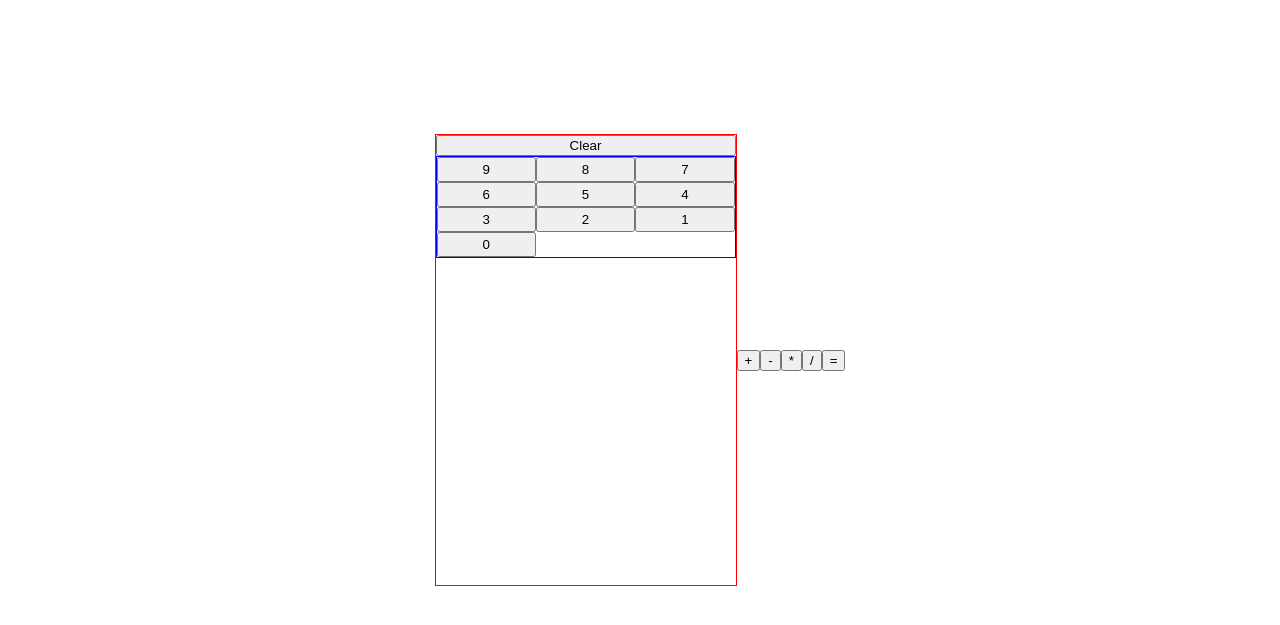
Repository: kocokoy/Calculator
Page: index.html
An editor plug-in stored every save of this project. The page is shown before and after the next save, followed by the edit.
The browser window is 1280 px wide. The pictures show the whole page.

Above is the page before, as saved 2024-10-22 13:30:02.

After the next save:
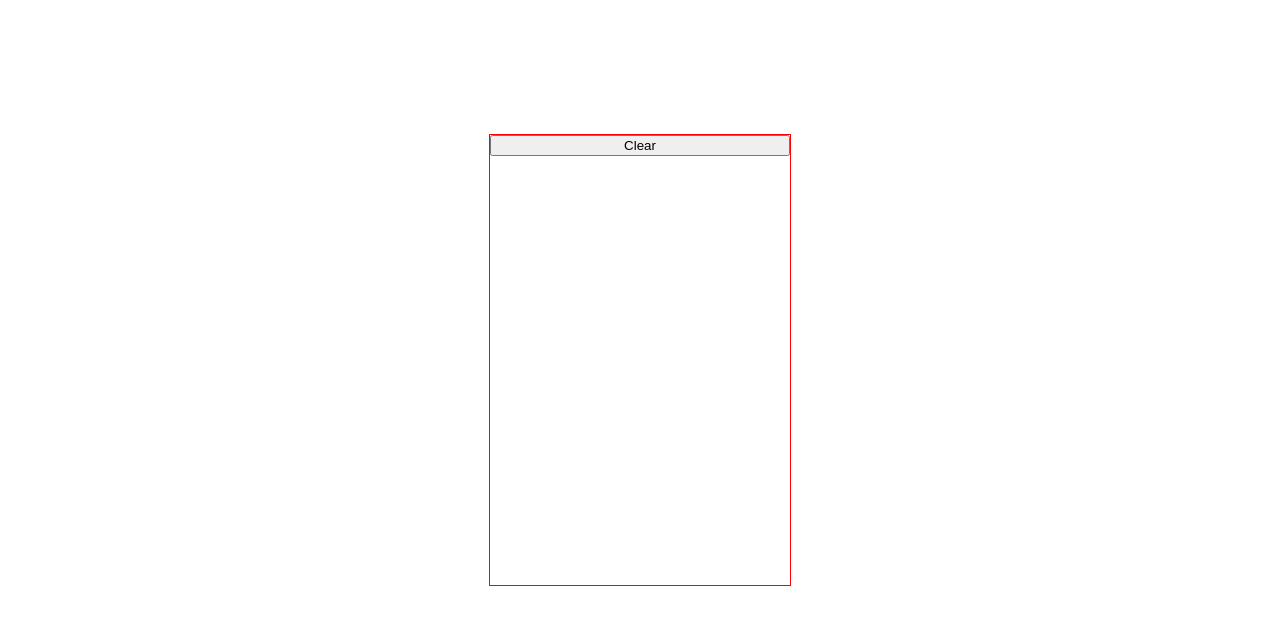
Console error: TypeError: Cannot read properties of null (reading 'appendChild')
Saved 15 s later.
--- a/index.html
+++ b/index.html
@@ -13,7 +13,7 @@
       <div class="clear-button-container">
         <button class="clear-button">Clear</button>
       </div>
-      <div class="test2">
+      <div class="number-container">
 
       </div>
     </div>

After the save that followed:
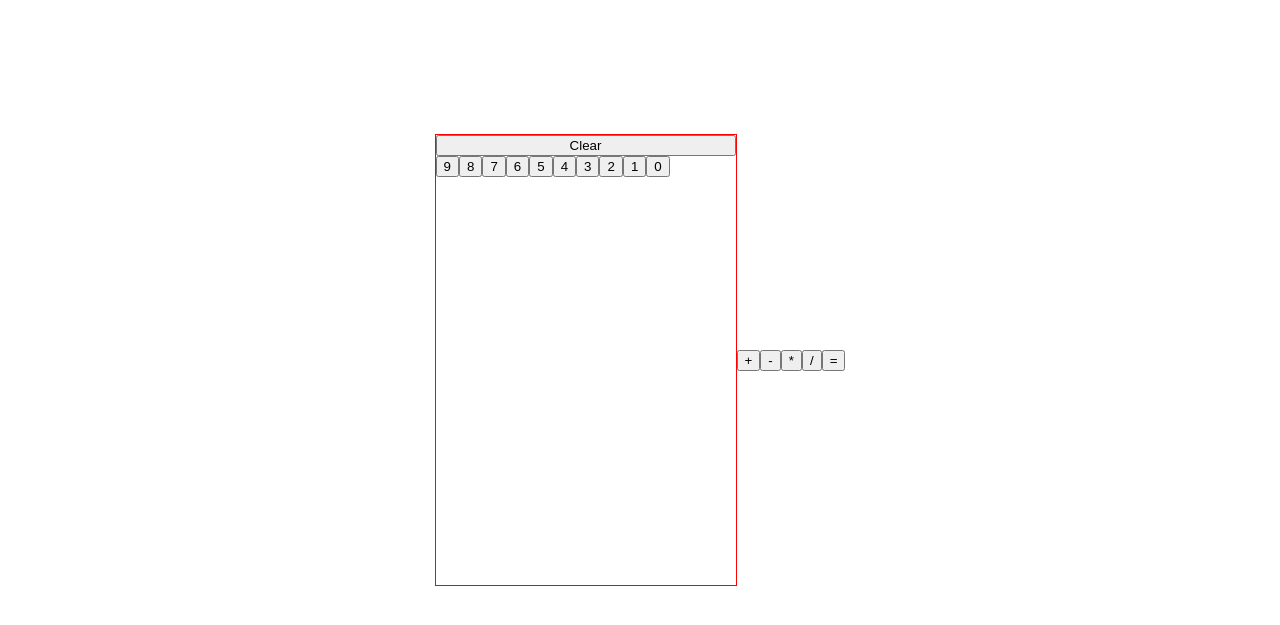
The error is gone.
Saved 19 s later.
--- a/script.js
+++ b/script.js
@@ -1,6 +1,6 @@
 const calculatorButton = [1,2,3,4,5,6,7,8,9,0];
 const operatorContent = ['+','-','*','/','='];
-const test2 = document.querySelector('.test2');
+const numberContainer = document.querySelector('.number-container');
 const numberButton = document.querySelectorAll('.number-button');
 const operatorContainer = document.querySelector('.operator-container');
 const operatorButton = document.querySelectorAll('.operator-button');
@@ -19,12 +19,12 @@ descendedNumber.forEach(num => {
     const button = document.createElement('button');
     button.classList.add('number-button');
     button.textContent = num;
-    test2.appendChild(button);
+    numberContainer.appendChild(button);
   }else{
     const button = document.createElement('button');
     button.classList.add('zero-button');
     button.textContent = num;
-    test2.appendChild(button);
+    numberContainer.appendChild(button);
   }
 });
 
